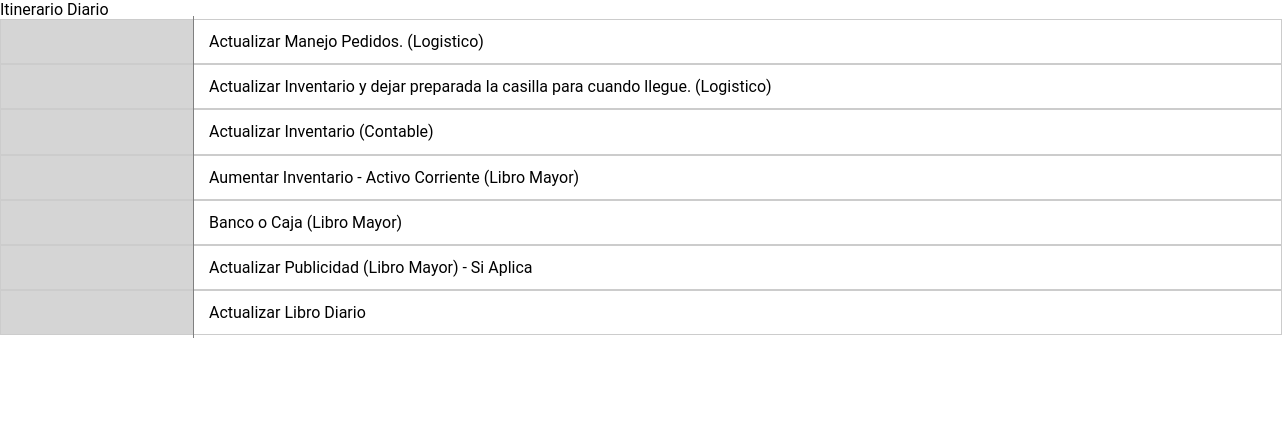
Repository: aCoupon0/intranet
Page: 1/iti-dia.html
The author's editor kept a copy of each file at every save. The page is drawn from the files as they stood at one save, then again after the next save.
The browser window is 1280 px wide. The page is 1282 px wide, so the pictures cover 1282 px, including what lies to the right of the window. The pictures show the whole page.

Above is the page before, as saved 2024-12-11 11:25:35.

### 1/iti-dia.html
<!DOCTYPE html>
<html lang="es">

<head>
    <meta charset="UTF-8">
    <meta name="viewport" content="width=device-width, initial-scale=1.0">
    <title>Intranet DermaBox</title>
    <link rel="stylesheet" href="../css/gasto.css">
</head>
<body>
    <div class="title">Itinerario Diario</div>
    <div class="container">
        <div class="checkbox" onclick="toggleCheckbox(this)"></div>
        <div class="text-container">
            <p>Actualizar Manejo Pedidos. (Logistico)</p>
        </div>
    </div>
    <div class="container">
        <div class="checkbox" onclick="toggleCheckbox(this)"></div>
        <div class="text-container">
            <p>Actualizar Inventario y dejar preparada la casilla para cuando llegue. (Logistico)</p>
        </div>
    </div>
    <div class="container">
        <div class="checkbox" onclick="toggleCheckbox(this)"></div>
        <div class="text-container">
            <p>Actualizar Inventario (Contable)</p>
        </div>
    </div>
    <div class="container">
        <div class="checkbox" onclick="toggleCheckbox(this)"></div>
        <div class="text-container">
            <p>Aumentar Inventario - Activo Corriente (Libro Mayor)</p>
        </div>
    </div>
    <div class="container">
        <div class="checkbox" onclick="toggleCheckbox(this)"></div>
        <div class="text-container">
            <p>Banco o Caja (Libro Mayor)</p>
        </div>
    </div>
    <div class="container">
        <div class="checkbox" onclick="toggleCheckbox(this)"></div>
        <div class="text-container">
            <p>Actualizar Publicidad (Libro Mayor) - Si Aplica</p>
        </div>
    </div>
    <div class="container">
        <div class="checkbox" onclick="toggleCheckbox(this)"></div>
        <div class="text-container">
            <p>Actualizar Libro Diario</p>
        </div>
    </div>

    <script>
        function toggleCheckbox(element) {
            element.classList.toggle('active');
        }
    </script>
</body>

</html>

### css/gasto.css
body {
    margin: 0;
    font-family: 'Roboto', system-ui, -apple-system, BlinkMacSystemFont, 'Segoe UI', sans-serif;
}
.container {
    width: 100%;
    height: 6vh;
    display: flex;
    align-items: center;
    border: 1px solid #ccc;
}
.checkbox {
    width: 15vw;
    height: 100%;
    background-color: rgb(213, 213, 213);
    display: flex;
    justify-content: center;
    align-items: center;
    cursor: pointer;
    transition: background-color 0.3s;
}
.checkbox.active {
    background-color: blue;
}
.text-container {
    flex: 1;
    display: flex;
    align-items: center;
    text-align: left;
    padding: 0 15px;
    border-left: 1px solid grey;
}

After the next save:
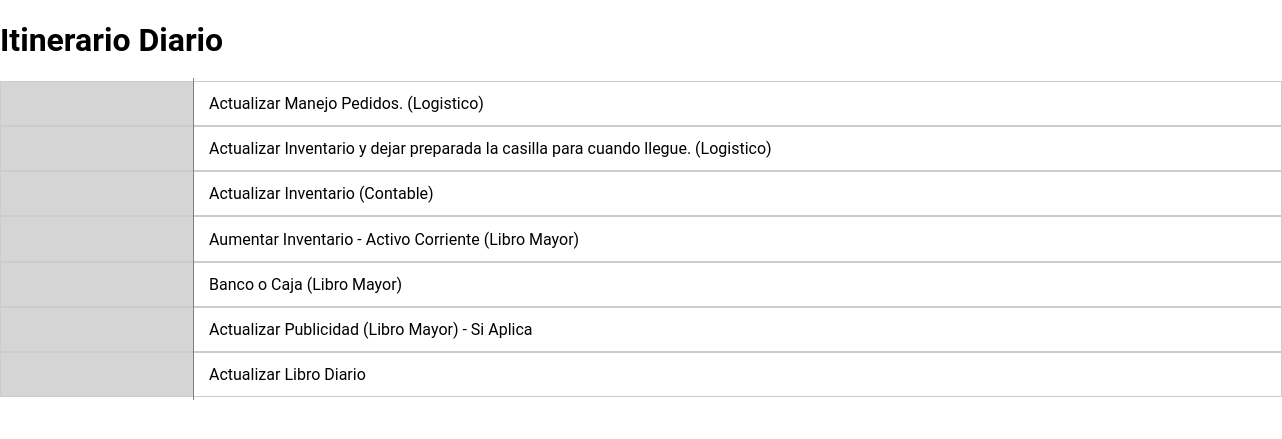
Saved 30 s later.
--- a/1/iti-dia.html
+++ b/1/iti-dia.html
@@ -8,7 +8,7 @@
     <link rel="stylesheet" href="../css/gasto.css">
 </head>
 <body>
-    <div class="title">Itinerario Diario</div>
+    <h1 class="title">Itinerario Diario</h1>
     <div class="container">
         <div class="checkbox" onclick="toggleCheckbox(this)"></div>
         <div class="text-container">
